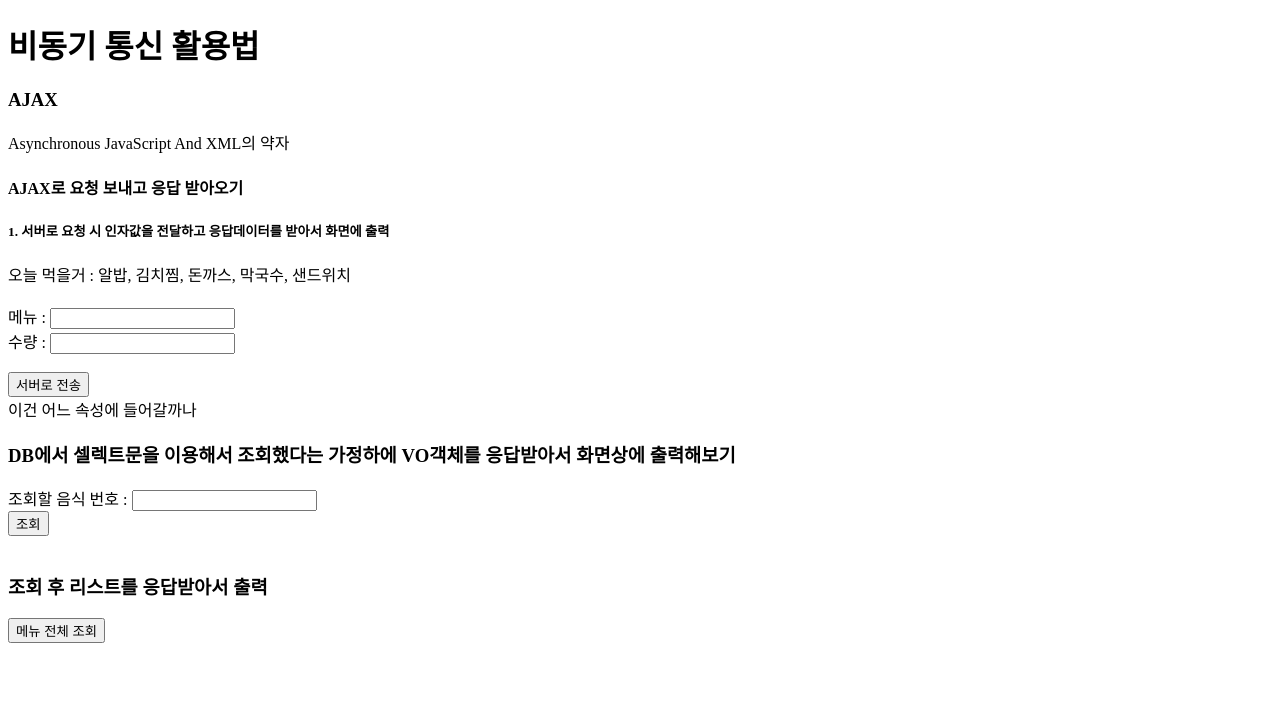
Repository: tjdgk2019/new_springframework
Page: http://localhost/ajaxProject/
These files come from the project's save history. The page is drawn as it stood at one moment and after the next save; the edit follows.
The browser window is 1280 px wide. The pictures show the whole page.
The page is served by Tomcat 9.

Above is the page before, as saved 2024-06-27 02:45:42.

After the next save:
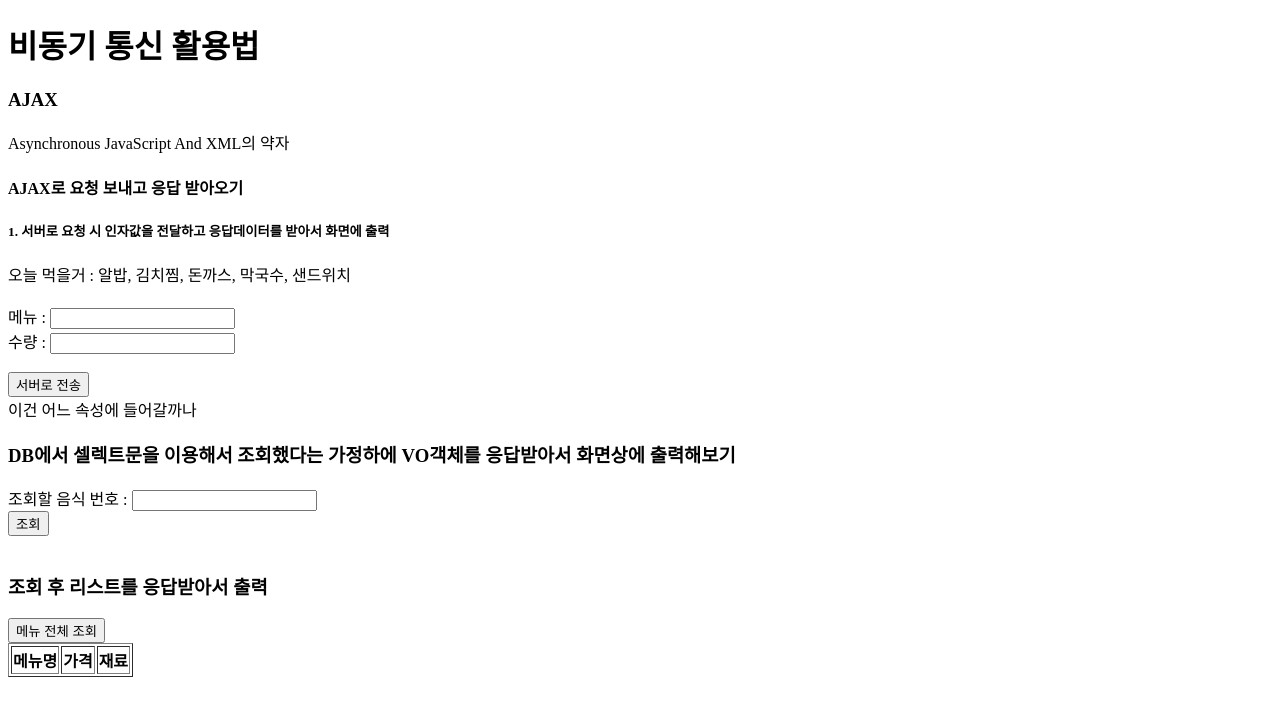
Saved 3 min 29 s later.
--- a/ajaxProject/src/main/webapp/index.jsp
+++ b/ajaxProject/src/main/webapp/index.jsp
@@ -157,9 +157,37 @@
 
     <br>
     <h3>조회 후 리스트를 응답받아서 출력</h3>
-    <button onclick="findAll">메뉴 전체 조회</button>
-
-
+    <button onclick="findAll()">메뉴 전체 조회</button>
+    <br>
+
+    <table border="1" id="find-result">
+    	<thead>
+    		<tr>
+    			<th>메뉴명</th>
+    			<th>가격</th>
+    			<th>재료</th>
+    		</tr>
+    	</thead>
+    	<tbody>
+
+    	</tbody>
+    </table>
+    <script>
+    	function findAll(){
+    		$.ajax({
+				//url:'ajax2.do',
+				url:'find.do',
+				type:'get',
+				success : result => {
+					consol.log(result);
+				}
+    		})
+
+
+    	}
+
+
+    </script>
 
 
 
